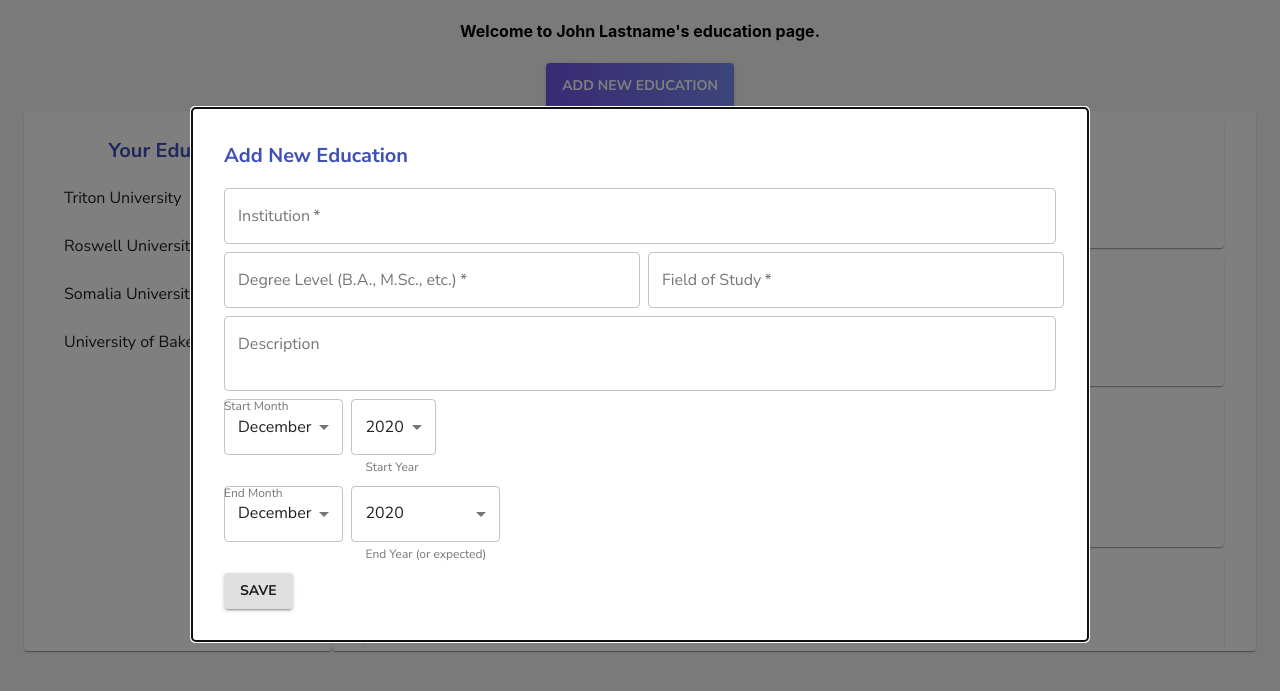
Repository: noellered/Showwcase-React-Challenge
Page: / (app in showwcase-education-react/), after clicking the first element matching `button.MuiButtonBase-root`
An editor plug-in stored every save of this project. The page is shown before and after a run of saves, followed by the edit.
The browser window is 1280 px wide. The pictures show the whole page.
The page's requests for data from a server got no answer. An inner scrolling area shows only its first screen. The project was rebuilt for these pictures with package versions that can differ from the ones it lists, and the page was loaded fresh each time. No one was signed in, and anything a server would have sent is missing. Also part of the build but not shown: showwcase-education-react/src/components/Home.tsx.

Above is the page before, as saved 2020-12-17 17:26:14.

### showwcase-education-react/public/index.html
<!DOCTYPE html>
<html lang="en">
  <head>
    <meta charset="utf-8" />
    <link rel="icon" href="%PUBLIC_URL%/favicon.ico" />
    <link rel="preconnect" href="https://fonts.gstatic.com">
    <link href="https://fonts.googleapis.com/css2?family=Nunito+Sans:ital,wght@0,400;0,700;1,400&display=swap" rel="stylesheet">


    <meta name="viewport" content="width=device-width, initial-scale=1" />
    <meta name="theme-color" content="#000000" />
    <meta
      name="description"
      content="Web site created using create-react-app"
    />
    <link rel="apple-touch-icon" href="%PUBLIC_URL%/logo192.png" />
    <!--
      manifest.json provides metadata used when your web app is installed on a
      user's mobile device or desktop. See https://developers.google.com/web/fundamentals/web-app-manifest/
    -->
    <link rel="manifest" href="%PUBLIC_URL%/manifest.json" />
    <!--
      Notice the use of %PUBLIC_URL% in the tags above.
      It will be replaced with the URL of the `public` folder during the build.
      Only files inside the `public` folder can be referenced from the HTML.

      Unlike "/favicon.ico" or "favicon.ico", "%PUBLIC_URL%/favicon.ico" will
      work correctly both with client-side routing and a non-root public URL.
      Learn how to configure a non-root public URL by running `npm run build`.
    -->
    <title>React App</title>
  </head>
  <body>
    <noscript>You need to enable JavaScript to run this app.</noscript>
    <div id="root"></div>
    <!--
      This HTML file is a template.
      If you open it directly in the browser, you will see an empty page.

      You can add webfonts, meta tags, or analytics to this file.
      The build step will place the bundled scripts into the <body> tag.

      To begin the development, run `npm start` or `yarn start`.
      To create a production bundle, use `npm run build` or `yarn build`.
    -->
  </body>
</html>

### showwcase-education-react/src/index.css
body {
  margin: 0;
  background: #F5F5F5;
  font-family: -apple-system, BlinkMacSystemFont, 'Segoe UI', 'Roboto', 'Oxygen',
    'Ubuntu', 'Cantarell', 'Fira Sans', 'Droid Sans', 'Helvetica Neue',
    sans-serif;
  -webkit-font-smoothing: antialiased;
  -moz-osx-font-smoothing: grayscale;
}

code {
  font-family: source-code-pro, Menlo, Monaco, Consolas, 'Courier New',
    monospace;
}

### showwcase-education-react/src/App.tsx
import React, {useState} from 'react';
import Home from './components/Home';
import Main from './components/Main';
import { MuiThemeProvider, createMuiTheme } from '@material-ui/core/styles';
import './App.css';

function App() {
  const theme = createMuiTheme({
    typography: {
        fontFamily: [
            'Nunito Sans',
            'sans-serif'
        ].join(','),
        h6: {
          fontWeight: 600
        },
        body1: {
          fontWeight: 400
        },
        subtitle1: {
          fontStyle: 'italic'
        },
        button: {
          fontWeight: 600
        }
    },
  })
  const [name, setName] = useState('John Lastname')

  return (
    <MuiThemeProvider theme={theme}>
      <div className="App">
        { name ? <Main name={name} /> : <Home setName={setName} /> }
      </div>
    </MuiThemeProvider>

  );
}

export default App;

### showwcase-education-react/src/components/Main.tsx
import React, {FunctionComponent, useState} from 'react';
import EducationSidebar from './education/EducationSidebar';
import EducationList from './education/EducationList';
import EducationModalContent from './education/EducationModalContent';
import Modal from '@material-ui/core/Modal';
import Backdrop from '@material-ui/core/Backdrop';
import Fade from '@material-ui/core/Fade';
import Paper from '@material-ui/core/Paper';
import Grid from '@material-ui/core/Grid';
import Container from '@material-ui/core/Container';
import Button from '@material-ui/core/Button';
import { pageStyles } from './pageStyles';

const Main:FunctionComponent<{name: string}> = ({name}) => {
    const classes = pageStyles();
    const [open, setOpen] = useState<boolean>(false);
    const [education, setEducation] = useState<object[]>([
        {
            degree: "MFA.",
            description: "",
            end: {month: 11, year: 2020},
            fieldOfStudy: "Being Cool",
            institution: "Triton University",
            start: {month: 11, year: 2020}
        },
        {
            degree: "M.Sc.",
            description: "",
            end: {month: 11, year: 2020},
            fieldOfStudy: "Biology of Aliens",
            institution: "Roswell University",
            start: {month: 11, year: 2020}
        },
        {
            degree: "B.S.",
            description: "I learned things, and stuff. Then I learned how to be a pirate. Arrrr, matey.",
            end: {month: 11, year: 2020},
            fieldOfStudy: "Pirate Studies",
            institution: "Somalia University",
            start: {month: 11, year: 2020}
        },
        {
            degree: "B.A.",
            description: "",
            end: {month: 11, year: 2020},
            fieldOfStudy: "Home Economics",
            institution: "University of Bakersfield",
            start: {month: 11, year: 2020}
        },
    ]);


    //Modal handlers

    const handleOpen = () => {
        setOpen(true);
    }

    const handleClose = () => {
        setOpen(false);
    }

    const handleEducationUpdate = (newEducation) => {
        setEducation(education => [newEducation, ...education]) //prepend new education item to education list
        handleClose();
    }

    return(
        <Container>
            <h4>Welcome to {name}'s education page.</h4>
            <Button
                className={classes.button}
                variant="contained"
                color="primary"
                type="button"
                onClick={handleOpen}
                >
                Add New Education
            </Button>
            <Grid container className={classes.container}>
                <Grid item xs={12} lg={3}>
                    <Paper className={classes.paper}>
                        <EducationSidebar list={education}/>
                    </Paper>
                </Grid>
                <Grid item xs={12} lg={9}>
                    <Paper className={classes.paper}>
                        <EducationList list={education}/>
                    </Paper>
                </Grid>
            </Grid>
            <Modal
                className={classes.modal}
                aria-labelledby="add-education"
                aria-describedby="add-education-modal"
                open={open}
                onClose={handleClose}
                closeAfterTransition
                BackdropComponent={Backdrop}
                BackdropProps={{
                timeout: 300,
                }}>
                <Fade in={open}>
                    <Paper>
                        <EducationModalContent handleUpdate={handleEducationUpdate}/>
                    </Paper>
                </Fade>
            </Modal>
        </Container>
    )
}

export default Main;

### showwcase-education-react/src/components/pageStyles.tsx
import { makeStyles } from '@material-ui/core/styles';

export const pageStyles = makeStyles({
    modal: {
        maxWidth: '70%',
        margin: 'auto',
        height: '70vh'
    },
    button: {
        backgroundImage: 'linear-gradient(90deg, rgba(114,86,231,1) 0%, rgba(123,139,245,1) 100%)',
        borderColor: '#0063cc',
        borderRadius: 3,
        color: 'white',
        height: 48,
        padding: '0 30px',
        '&:hover': {
            backgroundImage: 'linear-gradient(90deg, rgba(81,53,196,1) 0%, rgba(91,110,238,1) 100%)',
            borderColor: '#0062cc',
          },
    },
    container: {
        display: 'flex',
        justifyContent: 'space-between'
    },
    paper: {
        height: '75vh',
        overflow: 'auto',
    },
    sideBar: {
        marginRight: '2rem',
    }
})

### showwcase-education-react/src/components/education/EducationSidebar.tsx
import React, { FunctionComponent } from 'react';
import List from '@material-ui/core/List';
import ListItem from '@material-ui/core/ListItem';
import ListItemText from '@material-ui/core/ListItemText';
import Typography from '@material-ui/core/Typography';
import { useStyles } from './styles'

const EducationSidebar:FunctionComponent<{list: object[]}> = ({ list }) => {
    const classes = useStyles();
    return(
        <List className={classes.list}>
            <Typography variant="h6" color="primary" gutterBottom>Your Education</Typography>
            { list.length > 0 ? list.map((item) =>
            <div>
                <ListItem className={classes.listItem} button>
                    <ListItemText >{item['institution']}</ListItemText>
                </ListItem>
            </div>
            )
            : <div>No education to display</div> }
        </List>
    )
}
export default EducationSidebar;

### showwcase-education-react/src/components/education/EducationList.tsx
import React, { FunctionComponent } from 'react';
import Card from '@material-ui/core/Card';
import { useStyles } from './styles';
import Typography from '@material-ui/core/Typography';
import Container from '@material-ui/core/Container';

const EducationList:FunctionComponent<{list: object[]}> = ({ list }) => {
    const classes = useStyles();
    return(
        <Container>
            { list.length > 0 ? list.map((item) =>
            <Card className={classes.educationCard}>
                <Typography align="justify" variant="h6" color="textPrimary">
                    {item['degree']} {item['fieldOfStudy']} - {item['institution']}
                </Typography>
                <Typography variant="subtitle1" align="justify" color="textSecondary" gutterBottom>
                January {item['start']['year']} - December {item['end']['year']}
                </Typography>
                <Typography variant="body1" align="justify">
                    {item['description']}
                </Typography>
            </Card>) : <div>Nothing to display</div> }
        </Container>
    )
}
export default EducationList;

### showwcase-education-react/src/components/education/EducationModalContent.tsx
import React, { FunctionComponent, useEffect, useState } from 'react';
import Autocomplete, { AutocompleteRenderGroupParams } from '@material-ui/lab/Autocomplete';
import TextField from '@material-ui/core/TextField';
import Button from '@material-ui/core/Button';
import ListSubheader from '@material-ui/core/ListSubheader';
import { useTheme } from '@material-ui/core/styles';
import useMediaQuery from '@material-ui/core/useMediaQuery';
import Typography from '@material-ui/core/Typography';
import { VariableSizeList, ListChildComponentProps } from 'react-window';
import MonthPicker from '../pickers/MonthPicker';
import YearPicker from '../pickers/YearPicker';
import { useStyles } from './styles';


//Virtualize institution list for more efficient rendering performance

const LISTBOX_PADDING = 8; // px

function renderRow(props: ListChildComponentProps) {
  const { data, index, style } = props;
  return React.cloneElement(data[index], {
    style: {
      ...style,
      top: (style.top as number) + LISTBOX_PADDING,
    },
  });
}

const OuterElementContext = React.createContext({});

const OuterElementType = React.forwardRef<HTMLDivElement>((props, ref) => {
  const outerProps = React.useContext(OuterElementContext);
  return <div ref={ref} {...props} {...outerProps} />;
});

function useResetCache(data: any) {
    const ref = React.useRef<VariableSizeList>(null);
    React.useEffect(() => {
      if (ref.current != null) {
        ref.current.resetAfterIndex(0, true);
      }
    }, [data]);
    return ref;
  }


  // React-window adapter
  const ListboxComponent = React.forwardRef<HTMLDivElement>(function ListboxComponent(props, ref) {
    const { children, ...other } = props;
    const theme = useTheme();
    const itemData = React.Children.toArray(children);
    const smUp = useMediaQuery(theme.breakpoints.up('sm'), { noSsr: true });
    const itemCount = itemData.length;
    const itemSize = smUp ? 36 : 48;

    const getChildSize = (child: React.ReactNode) => {
      if (React.isValidElement(child) && child.type === ListSubheader) {
        return 48;
      }

      return itemSize;
    };

    const getHeight = () => {
      if (itemCount > 8) {
        return 8 * itemSize;
      }
      return itemData.map(getChildSize).reduce((a, b) => a + b, 0);
    };

    const gridRef = useResetCache(itemCount);

    return (
      <div ref={ref}>
        <OuterElementContext.Provider value={other}>
          <VariableSizeList
            itemData={itemData}
            height={getHeight() + 2 * LISTBOX_PADDING}
            width="100%"
            ref={gridRef}
            outerElementType={OuterElementType}
            innerElementType="ul"
            itemSize={(index) => getChildSize(itemData[index])}
            overscanCount={5}
            itemCount={itemCount}
          >
            {renderRow}
          </VariableSizeList>
        </OuterElementContext.Provider>
      </div>
    );
  });



//Add Education Modal Content
const EducationModalContent:FunctionComponent<{handleUpdate: any}>= ({ handleUpdate }) => {
    const classes = useStyles();
    const [institutionList, setInstitutionList] = useState<string[]>([]);
    const [institution, setInstitution] = useState<string>('');
    const [degree, setDegree] = useState<string>('');
    const [description, setDescription] = useState<string>('');
    const [fieldOfStudy, setFieldOfStudy] = useState<string>('');
    const [start, setStart] = useState<{month: number, year: number}>({
        month: new Date().getMonth(),
        year: new Date().getFullYear()
    });
    const [end, setEnd] = useState({
        month: new Date().getMonth(),
        year: new Date().getFullYear()
    });



    const getInstitutions = () => {
        fetch(`http://universities.hipolabs.com/search`)
        .then((res: any) => res.json()
        .then((JSON) => setInstitutionList(JSON.map((item)=>item['name']))));
    }

    // Get institutions list on component mount
    useEffect( () => {
        getInstitutions()
    }, []);



    const renderGroup = (params: AutocompleteRenderGroupParams) => [
        <ListSubheader key={params.key} component="div">
          {params.group}
        </ListSubheader>,
        params.children,
    ];


    const handleSubmit = (e: any) => {
        e.preventDefault();
        const newEducation = { institution, fieldOfStudy, degree, start, end, description }
        return handleUpdate(newEducation);
    }

    const handleInputChange = (e: React.ChangeEvent<{}>, value: string) => {
        setInstitution(value)
    }



    return(
        <div className={classes.modalContent}>
            <Typography variant="h6" color="primary">Add New Education</Typography>
            <form onSubmit={handleSubmit}>
                <Autocomplete
                id="institutions-list"
                options={institutionList}
                freeSolo
                renderGroup={renderGroup}
                renderInput={(params)=>(
                    <TextField {...params} label="Institution" margin="normal" variant="outlined" required/>
                )}
                renderOption={(option) => <p>{option}</p>}
                ListboxComponent={ListboxComponent as React.ComponentType<React.HTMLAttributes<HTMLElement>>}
                disableListWrap
                autoSelect={true}
                onInputChange={handleInputChange}
                />
                <div className={classes.inputGroup}>
                  <TextField className={`${classes.input} ${classes.mr}`} label="Degree Level (B.A., M.Sc., etc.)" variant="outlined" onChange={(e)=> setDegree(e.target.value)} required/>
                  <TextField className={classes.input} label="Field of Study" variant="outlined" onChange={(e)=> setFieldOfStudy(e.target.value)} required/>
                </div>
                <TextField className={classes.input} multiline fullWidth rows={2} variant="outlined" label="Description" onChange={(e)=> setDescription(e.target.value)}/>
                <div className={classes.inputGroup}>
                    <MonthPicker className={`${classes.input} ${classes.mr}`} label="Start Month" id="startMonth" onChange={(e)=> setStart({...start, month: e.target.value})}/>
                    <YearPicker className={`${classes.input} ${classes.mr}`} label="Start Year" id="startYear" onChange={(e)=> setStart({...start, year: e.target.value})}/>
                </div>
                <div className={classes.inputGroup}>
                    <MonthPicker className={`${classes.input} ${classes.mr}`} label="End Month" id="endMonth" onChange={(e)=> setEnd({...end, month: e.target.value})}/>
                    <YearPicker className={`${classes.input} ${classes.mr}`} label="End Year (or expected)" id="endYear" onChange={(e)=> setEnd({...end, year: e.target.value})}/>
                </div>
                <Button variant="contained" type="submit" >Save</Button>
            </form>
        </div>
    )
}
export default EducationModalContent;

### showwcase-education-react/src/components/education/styles.tsx
import { makeStyles } from '@material-ui/core/styles';

export const useStyles = makeStyles({
    educationCard: {
        padding: '2rem',
        margin: '.5rem'
    },
    list: {
        padding: '1.5rem',
    },

    modalContent: {
        padding: '2rem',
    },
    listItem: {
        '&:active': {
            fontWeight: 600,
        }
    },
    input: {
        minWidth: '50%',
        marginBottom: '.5rem'
    },
    inputGroup: {
        display: 'flex',
        flexDirection: 'row',
        minWidth: '100%'
    },
    mr: {
        marginRight: '.5rem'
    }
})

### showwcase-education-react/src/components/pickers/MonthPicker.tsx
import React, { FunctionComponent, useState } from 'react';
import InputLabel from '@material-ui/core/InputLabel';
import MenuItem from '@material-ui/core/MenuItem';
import FormControl from '@material-ui/core/FormControl';
import Select from '@material-ui/core/Select';

interface MonthPickerProps {
    label?: string;
    id?: string;
    onChange?: any;
    className?: string;
}

const months = [
    { id: 0, name: 'January' },
    { id: 1, name: 'February' },
    { id: 2, name: 'March' },
    { id: 3, name: 'April' },
    { id: 4, name: 'May' },
    { id: 5, name: 'June' },
    { id: 6, name: 'July' },
    { id: 7, name: 'August' },
    { id: 8, name: 'September' },
    { id: 9, name: 'October' },
    { id: 10, name: 'November' },
    { id: 11, name: 'December' },
];

const MonthPicker:FunctionComponent<MonthPickerProps> = ({ label, id, className }) => {
    const [month, setMonth] = useState(new Date().getMonth())

   const handleChange = (e: any) => {
        e.preventDefault();
        setMonth(e.target.value);
   }

    return (
        <div>
            <FormControl>
                <InputLabel>{label}</InputLabel>
                <Select labelId={label} id={id} value={month} onChange={handleChange} className={className} variant="outlined" required>
                { months.map((month) => <MenuItem value={month.id}>{month.name}</MenuItem>)}
                </Select>
            </FormControl>
        </div>
    )
}

export default MonthPicker;

### showwcase-education-react/src/components/pickers/YearPicker.tsx
import React, { FunctionComponent, useState } from 'react';
import MenuItem from '@material-ui/core/MenuItem';
import FormControl from '@material-ui/core/FormControl';
import TextField from '@material-ui/core/TextField';

interface YearPickerProps {
    label?: string;
    id?: string;
    onChange?: any;
    className?: string;
}

const years:number[] = []

//Create year list
for(let y = (new Date().getFullYear() + 10); y >= 1950; y--){
    years.push(y)
}

const YearPicker:FunctionComponent<YearPickerProps> = React.memo(({ label, id, className }) => {
    const [year, setYear] = useState(new Date().getFullYear())

   const handleChange = (e: any) => {
        e.preventDefault();
        setYear(e.target.value);
   }

    return (
        <div>
            <FormControl>
                <TextField select  helperText={label} id={id} value={year} onChange={handleChange} className={className} variant="outlined" required>
                { years.map((year) => <MenuItem value={year}>{year}</MenuItem>)}
                </TextField>
            </FormControl>
        </div>
    )
})

export default YearPicker;

Loaded but not shown: showwcase-education-react/src/index.tsx (common file); showwcase-education-react/src/reportWebVitals.ts (common file); showwcase-education-react/src/App.css (common file)

After the next 8 saves:
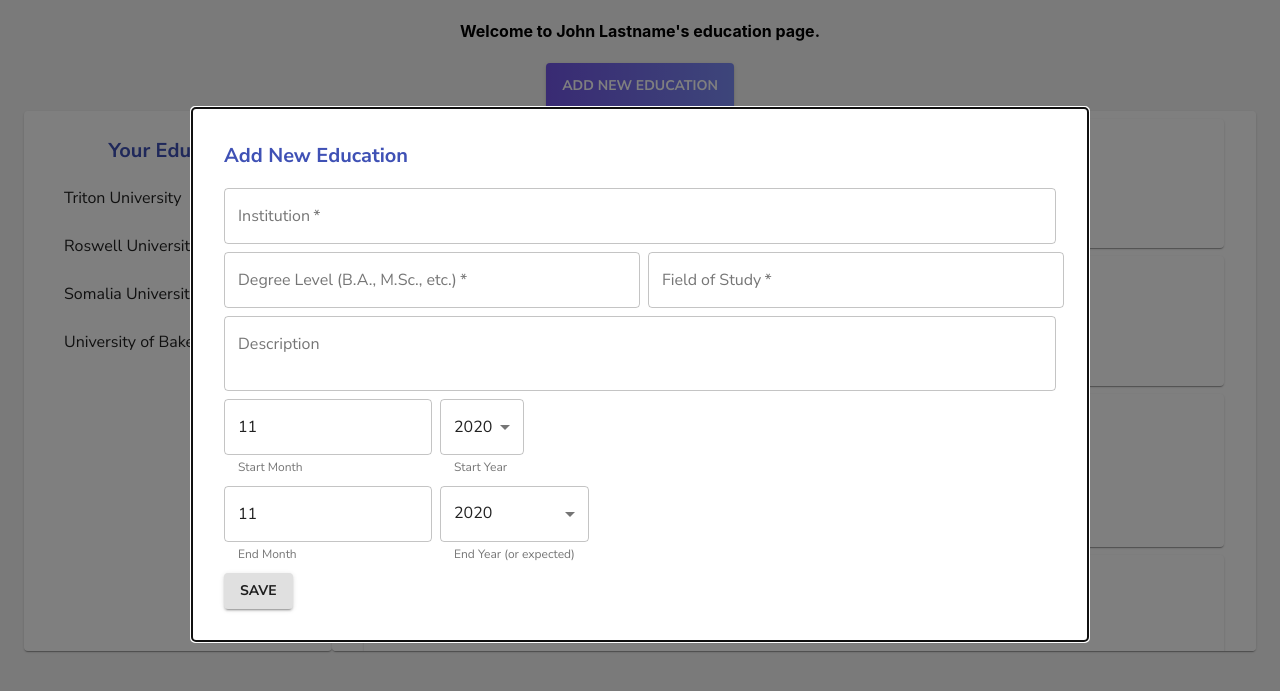
The 8 saves are shown as one change because 2 did not build or start and some came seconds apart.
The last was saved 45 s later.
--- a/showwcase-education-react/src/components/pickers/MonthPicker.tsx
+++ b/showwcase-education-react/src/components/pickers/MonthPicker.tsx
@@ -2,7 +2,7 @@ import React, { FunctionComponent, useState } from 'react';
 import InputLabel from '@material-ui/core/InputLabel';
 import MenuItem from '@material-ui/core/MenuItem';
 import FormControl from '@material-ui/core/FormControl';
-import Select from '@material-ui/core/Select';
+import TextField from '@material-ui/core/TextField';
 
 interface MonthPickerProps {
     label?: string;
@@ -37,10 +37,9 @@ const MonthPicker:FunctionComponent<MonthPickerProps> = ({ label, id, className
     return (
         <div>
             <FormControl>
-                <InputLabel>{label}</InputLabel>
-                <Select labelId={label} id={id} value={month} onChange={handleChange} className={className} variant="outlined" required>
+                <TextField helperText={label} id={id} value={month} onChange={handleChange} className={className} variant="outlined" required>
                 { months.map((month) => <MenuItem value={month.id}>{month.name}</MenuItem>)}
-                </Select>
+                </TextField>
             </FormControl>
         </div>
     )
